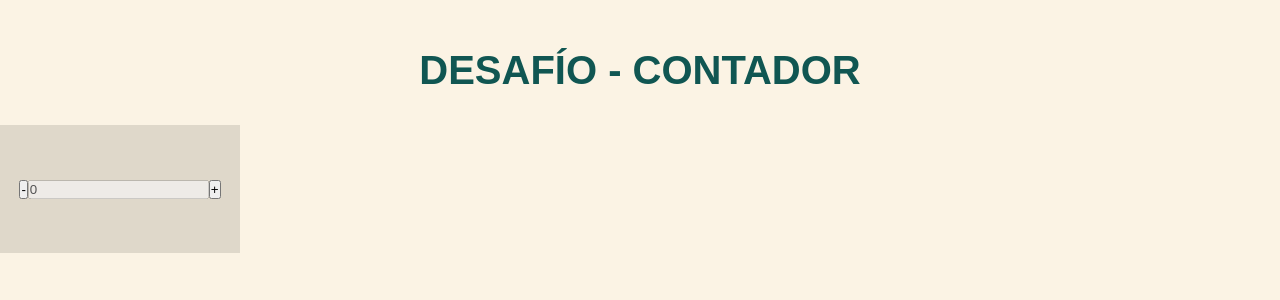
Repository: r-urchi/vue-coderhouse
Page: index.html
The author's editor kept a copy of each file at every save. The page is drawn from the files as they stood at one save, then again after a run of saves.
The browser window is 1280 px wide. The pictures show the whole page.
The style sheet was rebuilt from its Sass, Less or Tailwind sources for each picture, by a compiler version that may differ from the author's.

Above is the page before, as saved 2021-11-13 11:03:06.

After the next 2 saves:
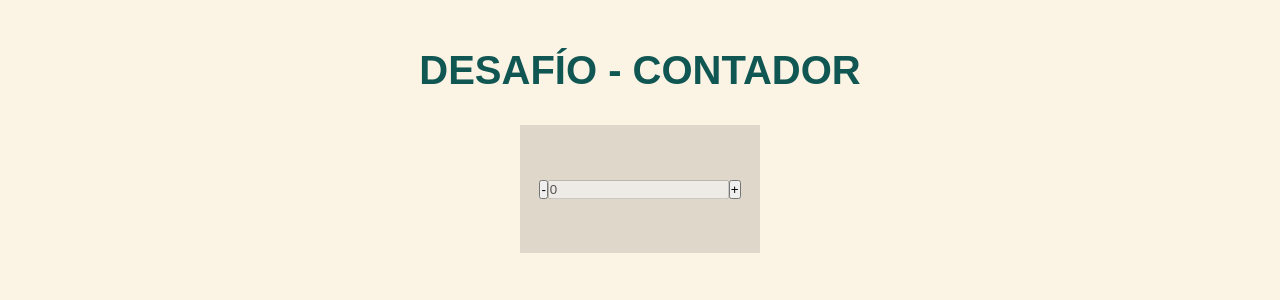
The 2 saves are shown as one change because they came seconds apart.
The last was saved 12 s later.
--- a/css/_basic.sass
+++ b/css/_basic.sass
@@ -14,3 +14,4 @@ body
     display: flex
     justify-content: center
     flex-direction: column
+    align-items: center
